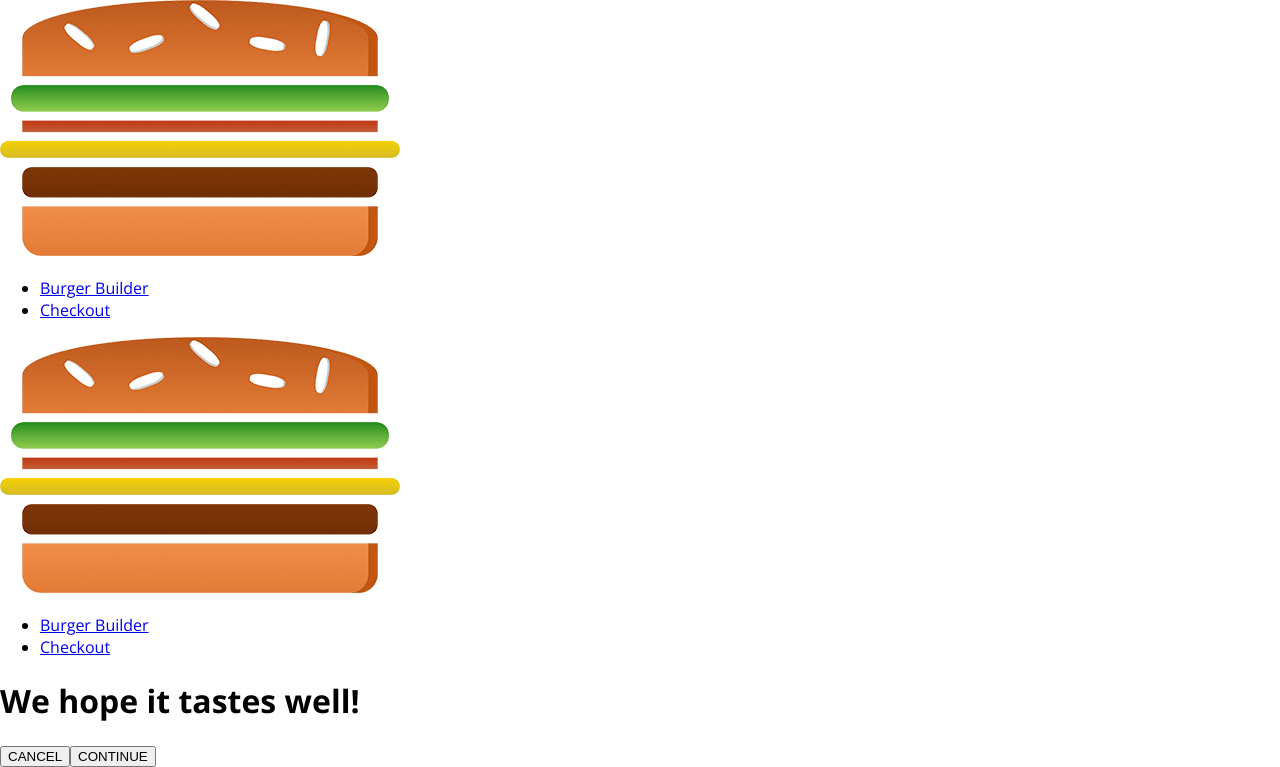
Repository: dunbom6612/burger-builder-app
Page: /checkout/contact-data
An editor plug-in stored every save of this project. The page is shown before and after the next save, followed by the edit.
The browser window is 1280 px wide. The pictures show the whole page.
The project was rebuilt for these pictures with package versions that can differ from the ones it lists, and the page was loaded fresh each time. Also part of the build but not shown: src/components/Layout/Layout.css, src/components/Navigation/Toolbar/Toolbar.css, src/components/Logo/Logo.css, src/components/Navigation/NavigationItems/NavigationItems.css, src/components/Navigation/NavigationItems/NavigationItem/NavigationItem.css, src/components/Navigation/SideDrawer/DrawerToogle/DrawerToogle.css, src/components/Navigation/SideDrawer/SideDrawer.css, src/components/UI/Backdrop/Backdrop.css and 12 more.

Above is the page before, as saved 2020-08-10 16:22:31.

After the next save:
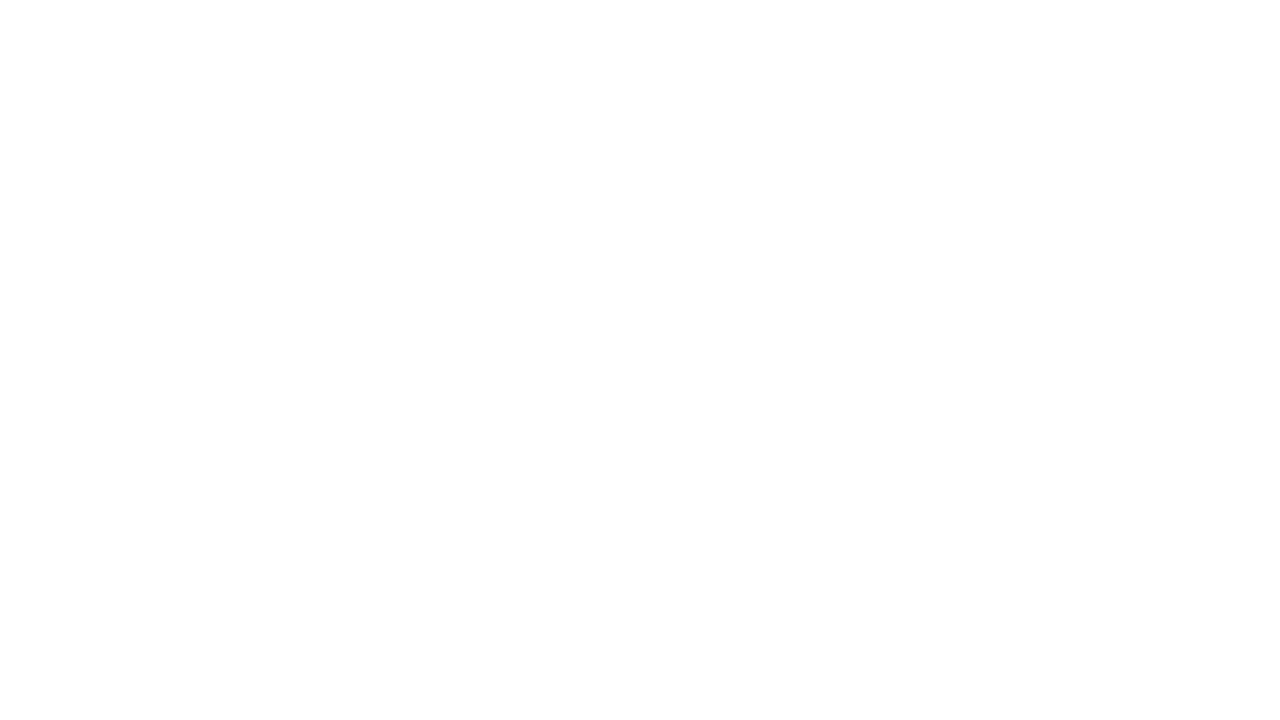
Console error: TypeError: Cannot read properties of undefined (reading 'props')
Saved 8 min 28 s later.
--- a/src/components/Order/CheckoutSummary/CheckoutSummary.js
+++ b/src/components/Order/CheckoutSummary/CheckoutSummary.js
@@ -10,10 +10,10 @@
       <div style={{ width: "100%", margin: "auto" }}>
         <Burger ingredients={props.ingredients} />
       </div>
-      <Button btnType="Danger" clicked>
+      <Button btnType="Danger" clicked={this.props.cancelClick}>
         CANCEL
       </Button>
-      <Button btnType="Success" clicked>
+      <Button btnType="Success" clicked={this.props.continueClick}>
         CONTINUE
       </Button>
     </div>

After the save that followed:
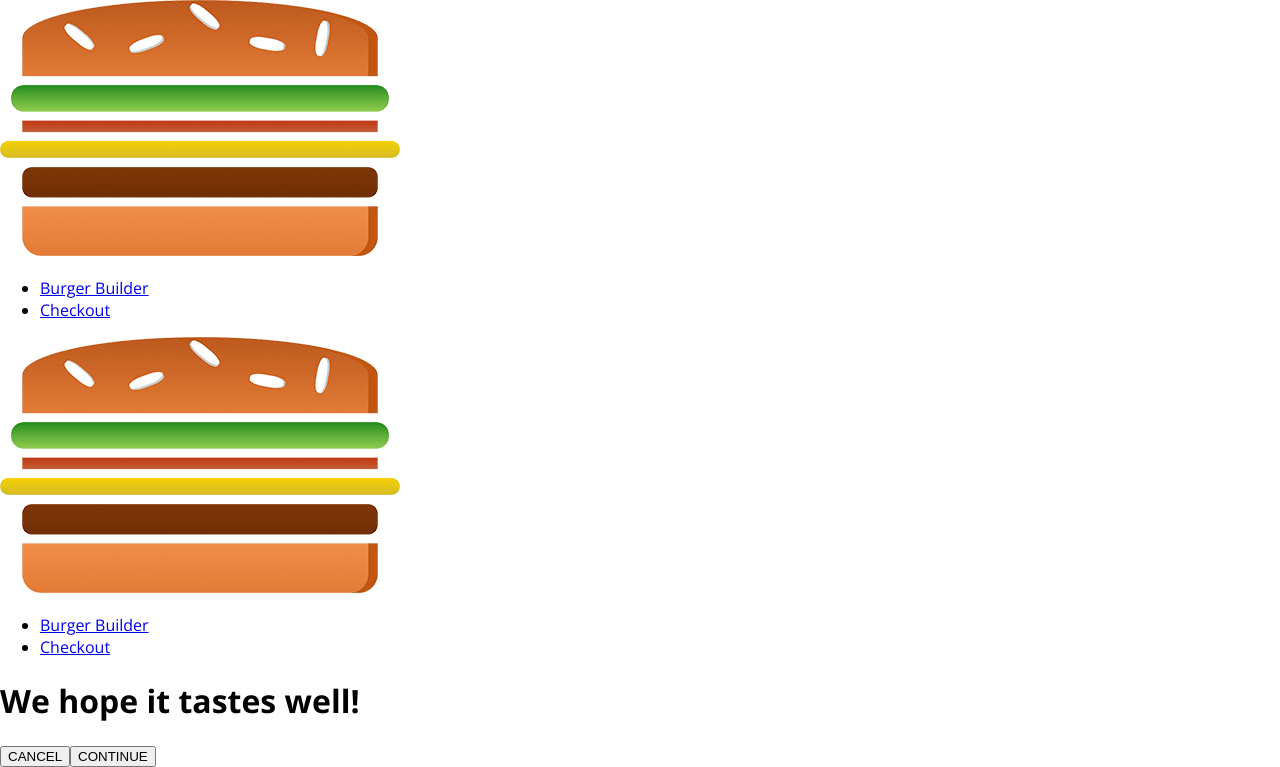
The error is gone.
Saved 9 s later.
--- a/src/components/Order/CheckoutSummary/CheckoutSummary.js
+++ b/src/components/Order/CheckoutSummary/CheckoutSummary.js
@@ -10,10 +10,10 @@
       <div style={{ width: "100%", margin: "auto" }}>
         <Burger ingredients={props.ingredients} />
       </div>
-      <Button btnType="Danger" clicked={this.props.cancelClick}>
+      <Button btnType="Danger" clicked={props.cancelClick}>
         CANCEL
       </Button>
-      <Button btnType="Success" clicked={this.props.continueClick}>
+      <Button btnType="Success" clicked={props.continueClick}>
         CONTINUE
       </Button>
     </div>
